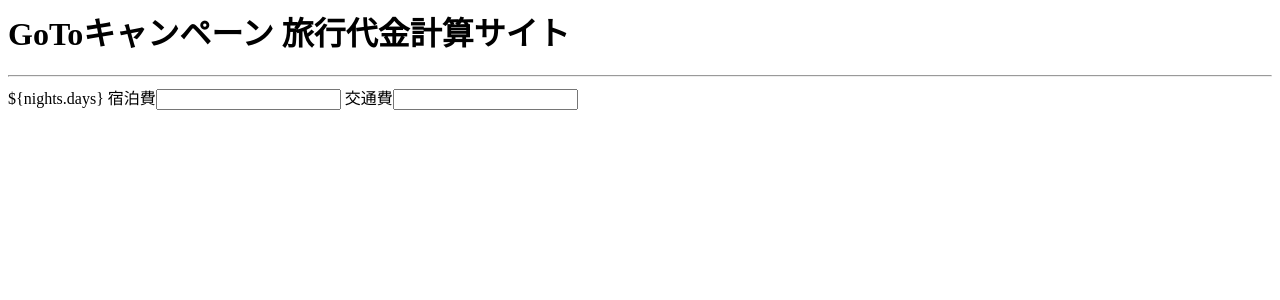
Repository: Ischca/ischca.github.io
Page: src/my-app.html
The author's editor kept a copy of each file at every save. The page is drawn from the files as they stood at one save, then again after the next save.
The browser window is 1280 px wide. The pictures show the whole page.

Above is the page before, as saved 2020-10-02 14:31:10.

After the next save:
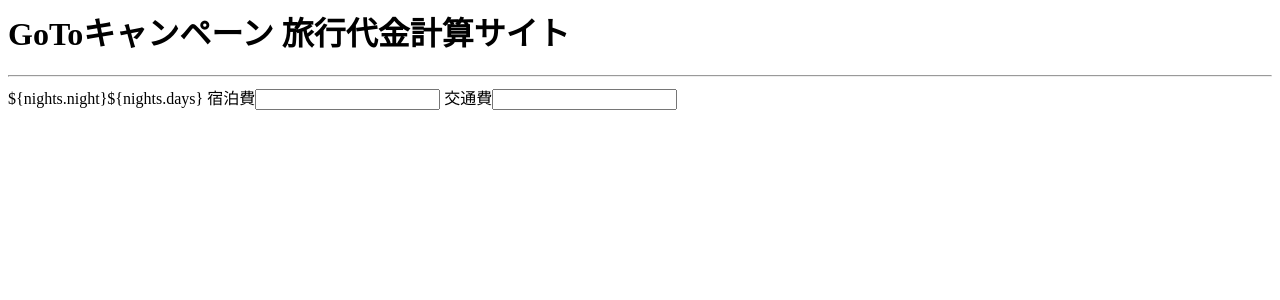
Saved 10 s later.
--- a/src/my-app.html
+++ b/src/my-app.html
@@ -10,7 +10,7 @@
 
     <nights class="row justify-content-center" view-model.ref="nights"></nights>
 
-    ${nights.days}
+    ${nights.night}${nights.days}
 
     宿泊費<input type="number" />
 
